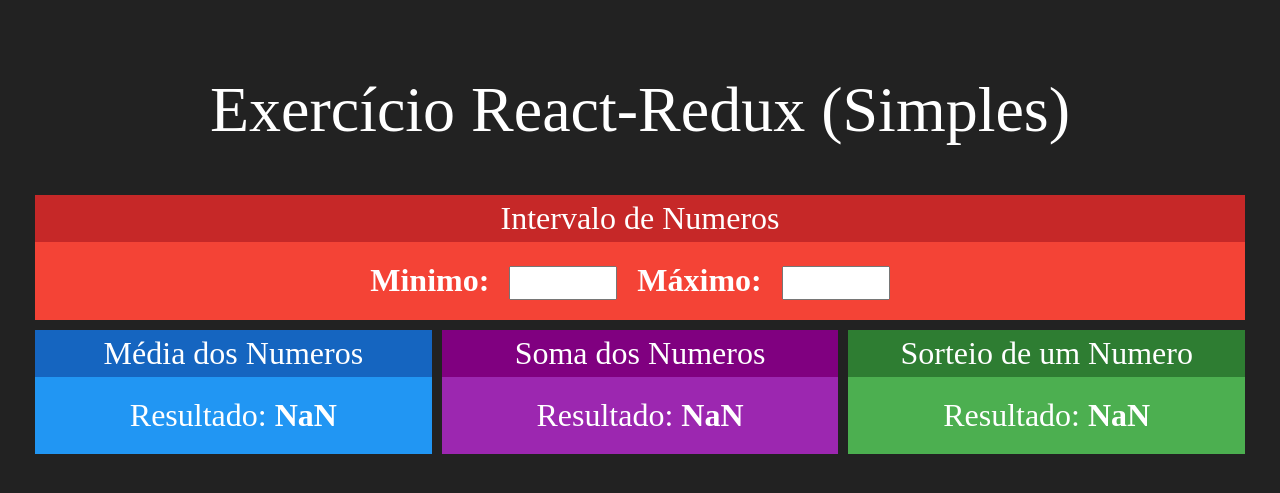
Repository: eversonps/redux-simples
Page: /
An editor plug-in stored every save of this project. The page is shown before and after a run of saves, followed by the edit.
The browser window is 1280 px wide. The pictures show the whole page.
The project was rebuilt for these pictures with package versions that can differ from the ones it lists, and the page was loaded fresh each time.

Above is the page before, as saved 2022-03-11 13:45:47.

After the next 3 saves:
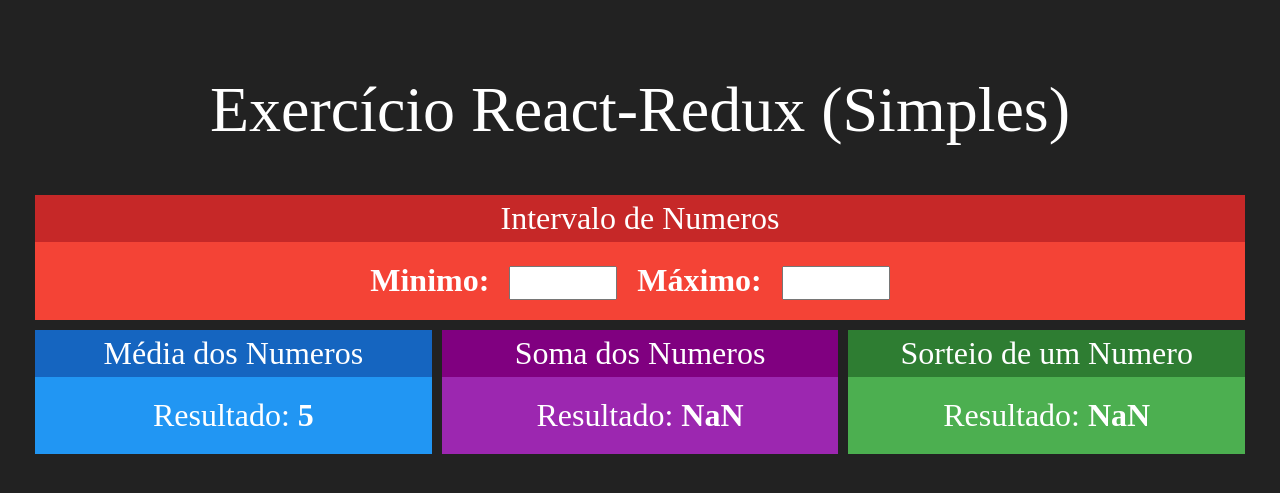
The 3 saves are shown as one change because 1 did not build or start and some came seconds apart.
The last was saved 29 s later.
--- a/src/components/Media.jsx
+++ b/src/components/Media.jsx
@@ -2,14 +2,12 @@ import React from "react"
 import Card from "./Card"
 
 export default props => {
-    const {min, max} = props
-
     return (
         <Card title="Média dos Numeros" blue>
             <div>
                 <span>
                     <span>Resultado: </span>
-                    <strong>{(max + min) / 2}</strong>
+                    <strong>{5}</strong>
                 </span>
             </div>
         </Card>
